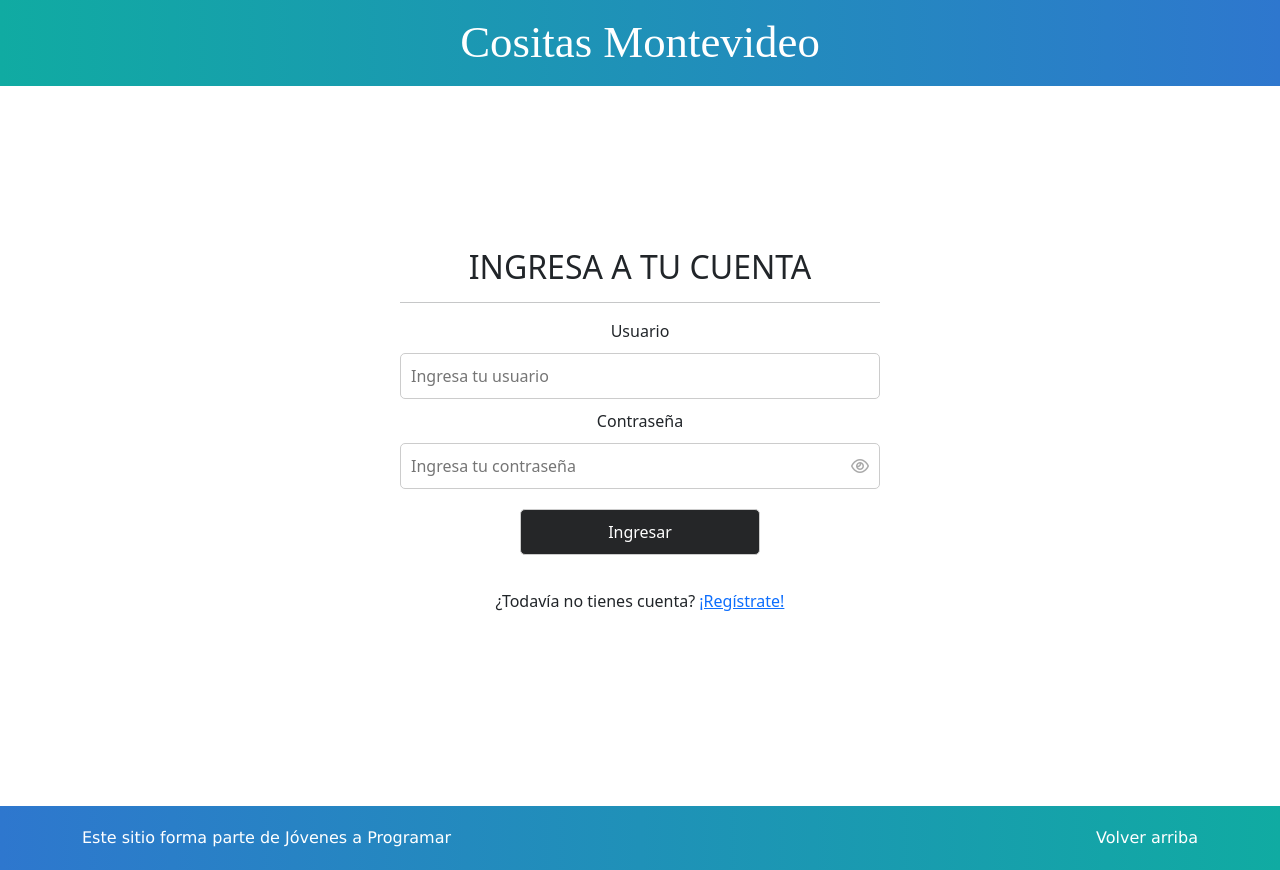
Repository: naticab/proyecto-dw
Page: login.html
These files come from the project's save history. The page is drawn as it stood at one moment and after the next save; the edit follows.
The browser window is 1280 px wide. The pictures show the whole page.
Some web fonts or font styles are not loaded; a fallback is used.

Above is the page before, as saved 2024-10-22 22:21:34.

### login.html
<!DOCTYPE html>
<html lang="es">

<head>
  <meta charset="UTF-8">
  <meta name="viewport" content="width=device-width, initial-scale=1, shrink-to-fit=no">
  <title>eMercado - Todo lo que busques está aquí</title>

  <link href="https://fonts.googleapis.com/css?family=Raleway:300,300i,400,400i,700,700i,900,900i" rel="stylesheet">
  <link href="css/bootstrap.min.css" rel="stylesheet">
  <link href="https://cdn.jsdelivr.net/npm/bootstrap@5.3.0/dist/css/bootstrap.min.css" rel="stylesheet">
  <link href="https://cdn.jsdelivr.net/npm/@fortawesome/fontawesome-free/css/all.min.css" rel="stylesheet">
  <link href="css/styles.css" rel="stylesheet" type="text/css">
  <link rel="stylesheet" href="css/login.css" type="text/css">
  <link href="css/header-and-footer.css" rel="stylesheet">
  <link href="https://fonts.googleapis.com/css2?family=Love+Ya+Like+A+Sister&display=swap" rel="stylesheet">
</head>

<body>

  <header>
    <div class="header-container">
        <h1>Cositas Montevideo</h1>
    </div>
</header>


  <main>
    <div class="login-container">
      <h2 id="login-heading">INGRESA A TU CUENTA</h2>
      <hr>
      <label for="username">Usuario</label>
      <input type="text" id="username" name="username" placeholder="Ingresa tu usuario">

      <label for="password">Contraseña</label>
      <div class="password-container">
        <input type="password" id="password" name="password" placeholder="Ingresa tu contraseña">
        <i class="far fa-eye" id="togglePassword"></i>
      </div>

      <button type="submit" id="button">Ingresar</button>
<br><br>
      <div>¿Todavía no tienes cuenta? <a href="registration.html">¡Regístrate!</a></div>

    </div>


  </main>

  <footer class="text-center py-2">
    <div class="container">
      <div class="footer-content">
        <p class="footer-text">Este sitio forma parte de <a class="footer-link" href="https://jovenesaprogramar.edu.uy/"
            target="_blank">Jóvenes a Programar</a></p>
        <p class="footer-link-end">
          <a class="footer-link" href="#">Volver arriba</a>
        </p>
      </div>
    </div>
  </footer>

  <script src="js/login.js"></script>
</body>

</html>

### css/styles.css
.jumbotron,
.card-body,
.container,
.site-header {
  font-family: 'Verdana', serif !important;
}

.row {
  color: black;
}

#login-heading {
  font-size: 2rem;
}

.jumbotron .display-4 {
  font-weight: bold;
}

h2 {
  font-size: 2rem;
}

nav a {
  text-decoration: none;
}

.bd-placeholder-img {
  font-size: 1.125rem;
  text-anchor: middle;
  -webkit-user-select: none;
  -moz-user-select: none;
  -ms-user-select: none;
  user-select: none;
}

@media (min-width: 768px) {
  .bd-placeholder-img-lg {
    font-size: 3.5rem;
  }
}

.jumbotron {
  height: 50vh;
  padding: 5em inherit;
  margin-bottom: 0;
  background-color: #53C0FB;
  background: url('../img/cover_back.png');
  background-size: cover;
  background-position: center;
  background-repeat: no-repeat;
  color: black;
  font-weight: bold;
}

@media (min-width: 768px) {
  .jumbotron {
    padding-top: 6rem;
    padding-bottom: 6rem;
  }
}

.jumbotron p:last-child {
  margin-bottom: 0;
}

.jumbotron-heading {
  font-weight: 300;
}

.jumbotron .container {
  max-width: 40rem;
  background-color: rgba(255, 255, 255, 0.5);
  border-radius: 10px;
  text-shadow: 1px 1px 2px grey;
}

.jumbotron .lead {
  font-size: 38px;
}

.dropzone {
  border: 2px dashed #0087F7;
  border-radius: 5px;
  background: white;
}

.img-fit {
  max-height: 100%;
}

.alert {
  position: fixed;
  top: 80px;
  width: 50%;
  left: 50%;
  transform: translate(-50%, 0);
}

.lds-ring {
  display: inline-block;
  position: relative;
  width: 64px;
  height: 64px;
  top: 50%;
  left: 50%;
}

.cursor-active {
  cursor: pointer;
}

.left {
  float: left;
  padding: 4px;
  background-color: rgba(255, 255, 255, 0.5);
}

.lds-ring div {
  box-sizing: border-box;
  display: block;
  position: absolute;
  width: 51px;
  height: 51px;
  margin: 6px;
  border: 6px solid #fff;
  border-radius: 50%;
  animation: lds-ring 1.2s cubic-bezier(0.5, 0, 0.5, 1) infinite;
  border-color: #fff transparent transparent transparent;
}

.lds-ring div:nth-child(1) {
  animation-delay: -0.45s;
}

.lds-ring div:nth-child(2) {
  animation-delay: -0.3s;
}

.lds-ring div:nth-child(3) {
  animation-delay: -0.15s;
}

@keyframes lds-ring {
  0% {
    transform: rotate(0deg);
  }

  100% {
    transform: rotate(360deg);
  }
}

.signin {
  width: 100%;
  max-width: 330px;
  padding: 15px;
  margin: auto;
}

#spinner-wrapper {
  position: fixed;
  background-color: rgba(0, 0, 0, 0.5);
  width: 100%;
  height: 100%;
  top: 0;
  left: 0;
  z-index: 1021;
  display: none;
}

/* main {
  min-height: calc(100vh - 210px);
} */

a.custom-card,
a.custom-card:hover {
  color: inherit;
  text-decoration: inherit;
}

.checked {
  color: orange;
}

### css/login.css
/* body {
    display: flex;
    flex-direction: column;
    margin: 0;
    padding: 0;
} */

main {
    display: flex;
    justify-content: center;
    align-items: center;
}


.login-container {
    width: 30em;
    text-align: center;
}

input, button {
    width: 100%;
    padding: 10px;
    margin: 10px 0;
    border-radius: 5px;
    border: 1px solid #ccc;
}

button {
    width: 50%;
    background-color: #252628;
    color: white;
    cursor: pointer;
}

button:hover {
    background-color: #3f3f3f;
}


.password-container {
    position: relative;
}

.password-container i {
    position: absolute;
    right: 10px;
    top: 50%;
    transform: translateY(-50%);
    cursor: pointer;
    color: #aaa;
}


header {
    background: #121219;
    color: #fff;
    width: 100%;
    display: flex;
    justify-content: center;
    align-items: center;
    padding: 1rem 0;
    box-sizing: border-box; /* Asegúrate de que el padding no afecte el ancho total */
    margin: 0;
}

.header-container {
    width: 100%;
    text-align: center;
}

h1 {
    font-family: "Love Ya Like A Sister", cursive;
    margin: 0;
}


@media (max-width: 768px) {
    .login-container {
        width: 25em;
    }
}

@media (max-width: 576px) {

    body {
        background-color: #AAA8A4;
    }

    .login-container {
        width: 20em;
        padding: 15px;
    }

    button {
        width: 50%;
    }

    input {
        margin: 5px 0;
    }

    footer {
        visibility: hidden;
    }
}

### css/header-and-footer.css
header {
    background: linear-gradient(to right, #10ABA2, #2E77CE);
    color: #fff;
    position: relative;
}

h1 {
    font-family: "Love Ya Like A Sister", cursive;
    font-size: 2.8rem;
}

a#inicio {
    color: #f1f1f1;
    text-decoration: none;
}

a#inicio:hover {
    color: white;
    transition: color 0.3s, text-shadow 0.3s;
}

.subtitulos-header {
    font-size: 1.2rem;
}

a.nav-link {
    color: #f1f1f1;
}

a.nav-link:hover {
    color: #9b9a9b;
    transition: color 0.3s, text-shadow 0.3s;
    transform: scale(1.05);
}

/* Espaciado entre los elementos del menú */
.navbar-nav .nav-item {
    margin-right: 40px;
}

.navbar-nav .nav-item:last-child {
    margin-right: 0;
    /* Quitar margen derecho al último elemento */
}

#user-name.nav-link {
    color: #f1f1f1;
}

#user-name.nav-link:hover {
    color: #9b9a9b;
    transform: scale(1.05);
    transition: color 0.3s, text-shadow 0.3s;
}

.navbar-collapse {
    justify-content: flex-end;
}

.navbar-toggler:hover {
    cursor: pointer;
}


.user-avatar {
    border-radius: 50%;
    width: 50px;
    height: 50px;
}

.user-avatar:hover {
    transform: scale(1.10);
    transition: 0.3s;
}

.navbar-nav .dropdown-menu {
    background: linear-gradient(to right, #10ABA2, #2E77CE);
    border: none;
}

.navbar-nav .dropdown-menu:hover {
    cursor: pointer;
    color: #9b9a9b;
    transition: color 0.3s, text-shadow 0.3s;
}

.dropdown-toggle::after {
    display: none;
}

.navbar-nav .nav-link {
    display: flex;
    align-items: center;
    height: 100%;
    padding: 0.5rem 0;
}



/* Modo Claroscuro */

/* Modo Claro */
body.light-mode {
    background-color: #edf2f374;
}

body.light-mode .product-card:hover {
    box-shadow: 0 4px 8px #16161633;
    background-color: #bef3ff91;
    cursor: pointer;
}

body.light-mode .related-products:hover {
    box-shadow: #00000033;
    background-color: #bef3ff91;
    cursor: pointer;
}



/* Modo Oscuro */
body.dark-mode {
    background-color: #262729;
    color: rgb(208, 208, 208);
}

body.dark-mode .product-card:hover {
    box-shadow: 0 4px 8px #16161633;
    background-color: #bef3ff;
    cursor: pointer;
}

body.dark-mode .related-products:hover {
    box-shadow: #00000033;
    background-color: #bef3ff;
    cursor: pointer;
}

body.dark-mode .color-letters {
    color: white;
}


/* Palanca para activar el claroscuro */

#mode-toggle {
    border: none;
    outline: none;
    box-shadow: none;
}

#mode-toggle i {
    transition: color 0.3s;
    font-size: 1.2rem;
    cursor: pointer;
    color: #ffffff;
}

#mode-toggle:hover {
    background: none;
    transform: scale(1.05);
}

#mode-toggle:hover .fa-sun {
    color: #ffd700;
}

#mode-toggle:hover .fa-moon {
    color: #000000;
}



/* Cart */

#cart-button {
    border: none;
    outline: none;
    box-shadow: none;
    background-color: transparent;
}

#cart-button i {
    transition: color 0.3s;
    font-size: 1.2rem;
    color: #ffffff;
}

#cart-button i:hover {
    color: #9B9A9B;
    transform: scale(1.05);
}




@media (max-width: 995px) {

    .hamburger {
        display: flex;
        flex-direction: row;
        align-items: center;
        justify-content: space-between;
    }

    .navbar-toggler {
        position: relative;
        right: 0;
    }

    .navbar-collapse {
        display: none;
        position: absolute;
        top: 148%;
        left: -45px;
        width: 270%;
        z-index: 999;
        flex-direction: column-reverse;
        align-items: center;
        justify-content: center;
    }

    .navbar-collapse.show {
        display: flex;
    }

    .navbar-nav {
        background: linear-gradient(to right, #10ABA2, #2E77CE);
        color: #fff;
        padding: 1.5rem;
        border-radius: 0 0 100px 100px;
        font-weight: bold;
        text-align: center;
        display: flex;
        justify-content: center;
        /* Centra horizontalmente todos los li */
        align-items: center;
        /* Centra verticalmente los li */
        width: 100%;
    }

    .navbar-toggler-icon {
        background-image: url('data:[embedded picture, 238 characters]');
        filter: brightness(0) invert(1);
        /* Cambia el icono a blanco */
    }

    .navbar-toggler:focus {
        outline: none;
        box-shadow: none;
    }


    .navbar-nav:hover {
        cursor: pointer;
    }

    a.nav-link:hover {
        color: #9b9a9b;
        transition: color 0.3s, text-shadow 0.3s;
        transform: scale(1.05);
    }

    .navbar-nav .nav-item {
        margin: 10px 0;
    }
}


footer {
    background: linear-gradient(to right, #2E77CE, #10ABA2);
    color: #fff;
    min-height: 4rem;
    display: flex;
    justify-content: center;
    align-items: center;
    padding: 0 1rem;
}

.container {
    width: 100%;
}

.footer-content {
    display: flex;
    justify-content: space-between;
    width: 100%;
    align-items: center;
}

.footer-text {
    margin: 0;
    text-align: center;
}

.footer-link-end {
    margin: 0;
    text-align: right;
}

.footer-link {
    color: #fff;
    text-decoration: none;
}

.footer-link:hover {
    color: #9b9a9b;
    transition: color 0.3s, text-shadow 0.3s;
    transform: scale(1.05);
}


/* Menú desplegable del usuario */

@media (max-width: 995px) {
    .navbar-nav .dropdown-menu {
        width: auto;
        min-width: 150px;
        max-width: 200px;
        left: 0;
        right: auto;
        top: 100%;
        position: relative;
        z-index: 1000;
    }

    .dropdown-menu>li {
        padding: 0.05rem;

    }

    .dropdown-item {
        width: 100%;
        white-space: normal;
    }
}

main {
    min-height: 100vh;
    /* El contenido ocupará al menos el 100% de la altura de la ventana */
    padding-bottom: 30px;
    /* Da espacio suficiente para que el contenido no se superponga con el footer */
    box-sizing: border-box;
}

### js/login.js
document.getElementById('togglePassword').addEventListener('click', function () {
    const passwordField = document.getElementById('password');
    const type = passwordField.getAttribute('type') === 'password' ? 'text' : 'password';
    passwordField.setAttribute('type', type);

    this.classList.toggle('fa-eye-slash');
});

Loaded but not shown: css/bootstrap.min.css (library)

After the next save:
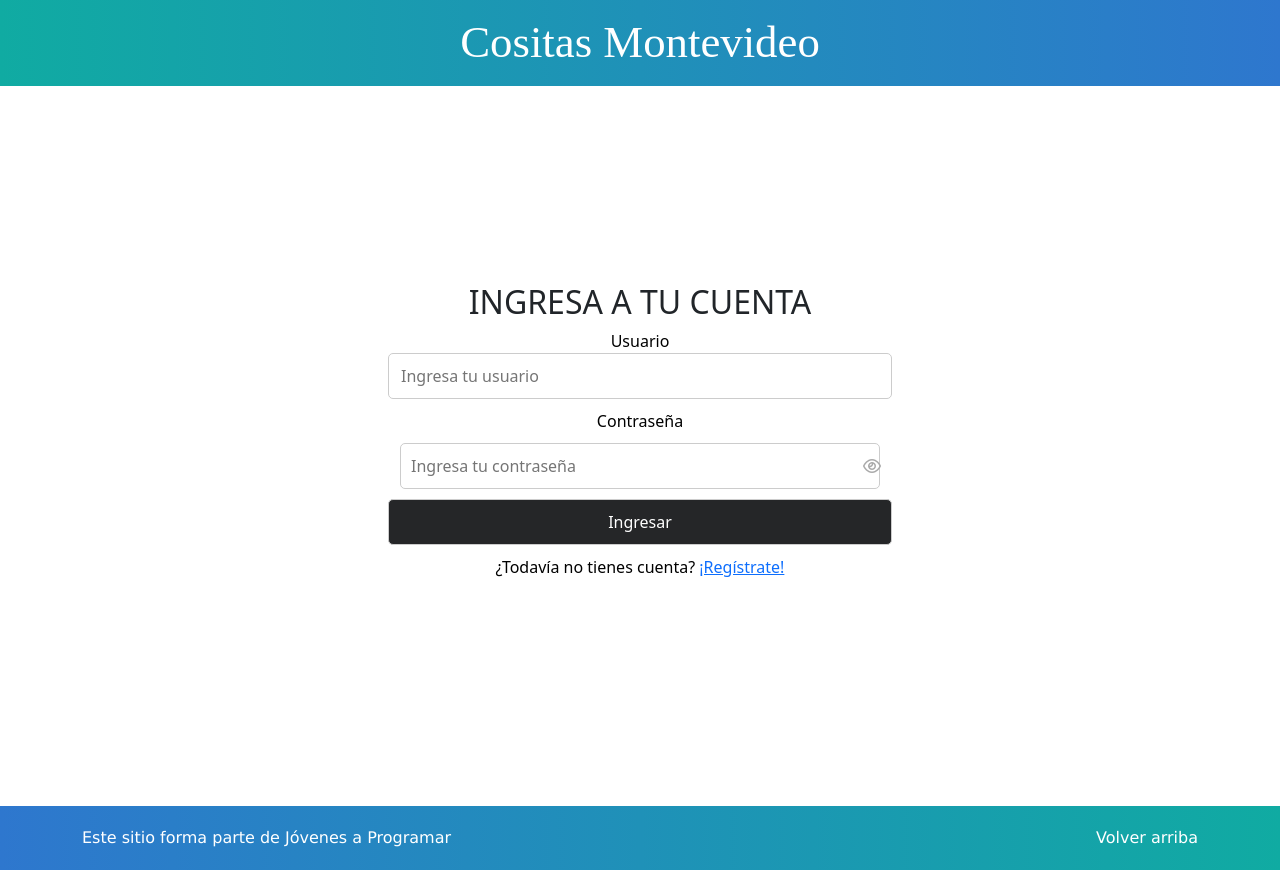
Saved 8 min 29 s later.
--- a/login.html
+++ b/login.html
@@ -28,7 +28,7 @@
   <main>
     <div class="login-container">
       <h2 id="login-heading">INGRESA A TU CUENTA</h2>
-      <hr>
+      <form method="post" class="row" id="myForm">
       <label for="username">Usuario</label>
       <input type="text" id="username" name="username" placeholder="Ingresa tu usuario">
 
@@ -41,7 +41,7 @@
       <button type="submit" id="button">Ingresar</button>
 <br><br>
       <div>¿Todavía no tienes cuenta? <a href="registration.html">¡Regístrate!</a></div>
-
+</form>
     </div>
 
 
